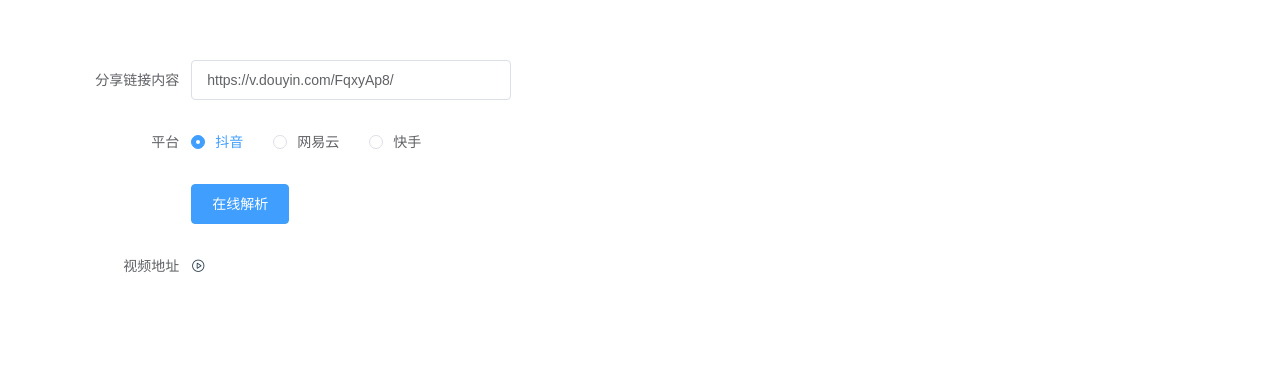
Repository: lyln/freepd
Page: / (app in frontend/freepd/)
An editor plug-in stored every save of this project. The page is shown before and after the next save, followed by the edit.
The browser window is 1280 px wide. The pictures show the whole page.
The project was rebuilt for these pictures with package versions that can differ from the ones it lists, and the page was loaded fresh each time.

Above is the page before, as saved 2022-05-25 20:26:52.

### frontend/freepd/index.html
<!DOCTYPE html>
<html>
  <head>
    <meta charset="utf-8">
    <meta name="viewport" content="width=device-width,initial-scale=1.0">
    <title>freepd</title>
  </head>
  <body>
    <div id="app"></div>
    <!-- built files will be auto injected -->
  </body>
</html>

### frontend/freepd/src/main.js
// The Vue build version to load with the `import` command
// (runtime-only or standalone) has been set in webpack.base.conf with an alias.
import Vue from 'vue'
import App from './App'
import router from './router'
import ElementUI from 'element-ui';
import 'element-ui/lib/theme-chalk/index.css';

Vue.config.productionTip = false
Vue.use(ElementUI)

/* eslint-disable no-new */
new Vue({
  el: '#app',
  router,
  components: { App },
  template: '<App/>'
})

### frontend/freepd/src/App.vue
<template>
	<div id="app">
		<router-view />
	</div>
</template>

<script>
export default {
	name: 'App',
}
</script>

<style>
#app {
	font-family: 'Avenir', Helvetica, Arial, sans-serif;
	-webkit-font-smoothing: antialiased;
	-moz-osx-font-smoothing: grayscale;
	text-align: center;
	color: #2c3e50;
	margin-top: 60px;
}
</style>

### frontend/freepd/src/components/HelloWorld.vue
<template>
	<el-container class="wrapper">
		<!-- <el-main style="wide: 80%"> -->
		<el-row>
			<el-col :span="24">
				<div style="text-align: center">

					<el-form ref="form" :model="form" label-width="120px" class="fpd-form">
						<el-form-item label="分享链接内容">
							<el-input v-model="form.url"></el-input>
						</el-form-item>
						<el-form-item label="平台" label-width="120px">
							<el-radio-group v-model="form.type">
								<el-radio :label="1">抖音</el-radio>
								<el-radio :label="2">网易云</el-radio>
								<el-radio :label="3">快手</el-radio>
							</el-radio-group>
						</el-form-item>
						<el-form-item>
							<el-button type="primary" @click="onSubmit">在线解析</el-button>
						</el-form-item>
						<el-form-item label="视频地址">
							<i class="el-icon-video-play"></i>
							<el-link :href="data.video.play" target="_blank">{{ data.title }}</el-link>
							<!-- {{data.video.play }} -->
						</el-form-item>
					</el-form>
				</div>
			</el-col>
		</el-row>
		<!-- </el-main> -->
	</el-container>

</template>
<script>
import axios from 'axios'
export default {
	name: 'HelloWorld',
	data() {
		return {
			msg: 'free parse download',
			form: {
				url: 'https://v.douyin.com/FqxyAp8/',
				type: 1,
			},
			data: {
				video: { play: '' },
				title: '',
			},
		}
	},
	methods: {
		onSubmit() {
			console.log('submit!')
			axios
				.post('http://127.0.0.1:8000/douyin', { url: this.form.url })
				.then((res) => {
					console.log(res.data)
					this.data = res.data
				})
				.catch((err) => {
					console.log('请求失败', err)
				})
		},
	},
}
</script>

<!-- Add "scoped" attribute to limit CSS to this component only -->
<style scoped>
h1,
h2 {
	font-weight: normal;
}
ul {
	list-style-type: none;
	padding: 0;
}
li {
	display: inline-block;
	margin: 0 10px;
}
a {
	color: #42b983;
}
.el-input {
	width: 320px;
}

.fpd-form {
	text-align: left;
}

.text {
	font-size: 14px;
}

.item {
	padding: 18px 0;
}

.box-card {
	width: 480px;
}

.wrapper {
	margin-left: auto;
	margin-right: auto;
	width: 90%;
}
.modunit {
	background-color: #fff;
	margin-top: 1rem;
	margin-bottom: 1rem;
	padding: 0;
	border: 1px solid #dedede;
	-moz-border-radius: 2px;
	-webkit-border-radius: 2px;
	border-radius: 2px;
}
.mod-content {
	margin: 0;
	padding: 1.5rem;
}
</style>

Loaded but not shown: frontend/freepd/src/router/index.js (common file)

After the next save:
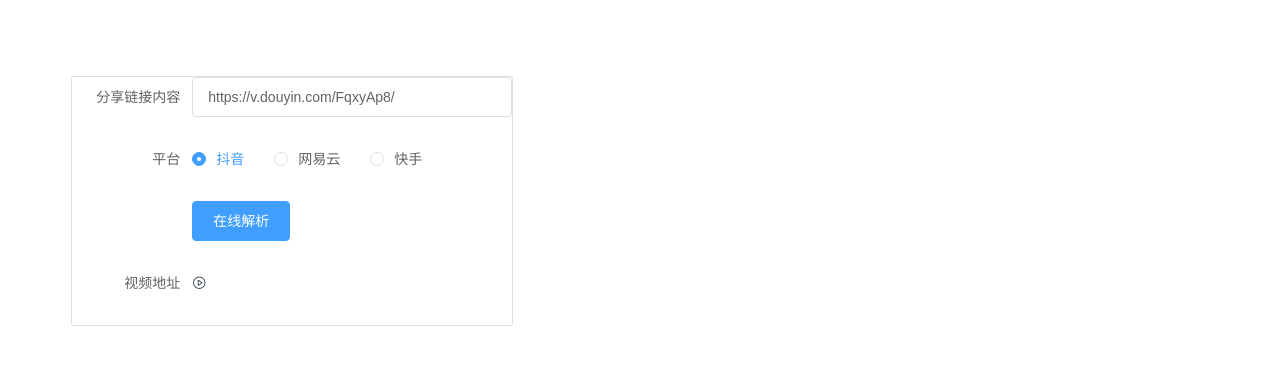
Saved 14 s later.
--- a/frontend/freepd/src/components/HelloWorld.vue
+++ b/frontend/freepd/src/components/HelloWorld.vue
@@ -1,7 +1,7 @@
 <template>
 	<el-container class="wrapper">
 		<!-- <el-main style="wide: 80%"> -->
-		<el-row>
+		<el-row class="modunit">
 			<el-col :span="24">
 				<div style="text-align: center">
 

After the 2 saves that followed:
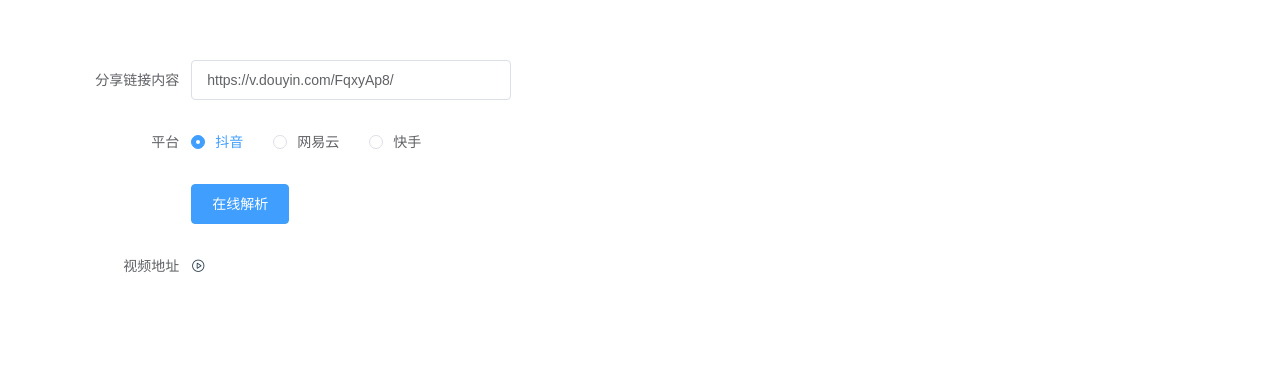
The 2 saves are shown as one change because 1 left the picture as it was.
The last was saved 67 s later.
--- a/frontend/freepd/src/components/HelloWorld.vue
+++ b/frontend/freepd/src/components/HelloWorld.vue
@@ -1,7 +1,7 @@
 <template>
 	<el-container class="wrapper">
 		<!-- <el-main style="wide: 80%"> -->
-		<el-row class="modunit">
+		<el-row>
 			<el-col :span="24">
 				<div style="text-align: center">
 
